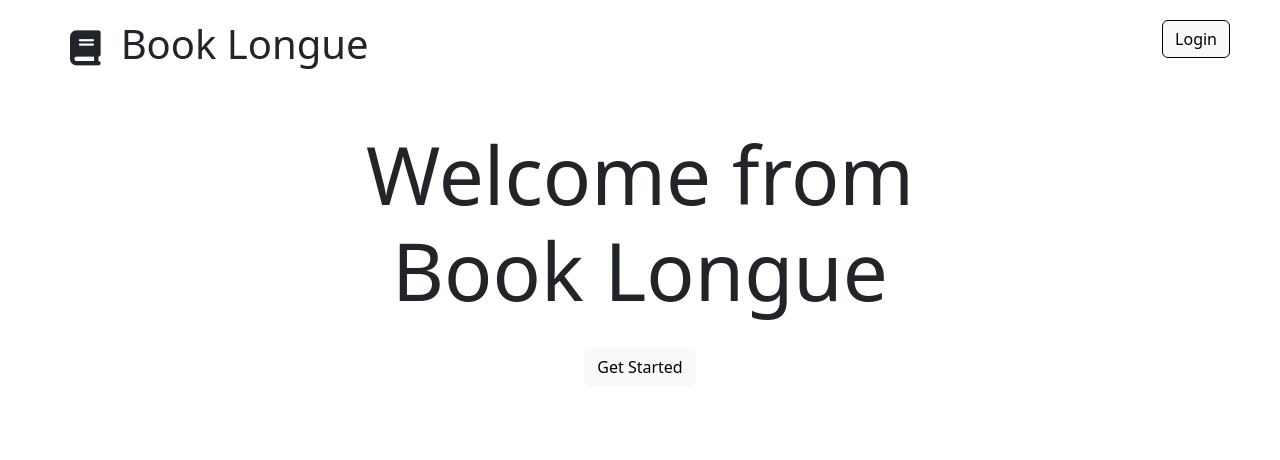
Repository: moehaymanmyint/Book-Longue-Web-System
Page: pages /GetStarted.html
These files come from the project's save history. The page is drawn as it stood at one moment and after the next save; the edit follows.
The browser window is 1280 px wide. The pictures show the whole page.

Above is the page before, as saved 2024-12-21 20:20:57.

### pages /GetStarted.html
<!DOCTYPE html>
<html lang="en">
<head>
    <meta charset="UTF-8">
    <meta name="viewport" content="width=device-width, initial-scale=1.0">
    <title>Book Longue - Get Started</title>
    <link href="https://cdn.jsdelivr.net/npm/bootstrap@5.3.3/dist/css/bootstrap.min.css" rel="stylesheet" integrity="sha384-QWTKZyjpPEjISv5WaRU9OFeRpok6YctnYmDr5pNlyT2bRjXh0JMhjY6hW+ALEwIH" crossorigin="anonymous">
    <script src="https://cdn.jsdelivr.net/npm/bootstrap@5.3.3/dist/js/bootstrap.bundle.min.js" integrity="sha384-YvpcrYf0tY3lHB60NNkmXc5s9fDVZLESaAA55NDzOxhy9GkcIdslK1eN7N6jIeHz" crossorigin="anonymous"></script>
    <link rel="stylesheet" href="../style/GetStarted.css">
    <link rel="stylesheet" href="https://cdnjs.cloudflare.com/ajax/libs/font-awesome/6.7.2/css/all.min.css" integrity="sha512-Evv84Mr4kqVGRNSgIGL/F/aIDqQb7xQ2vcrdIwxfjThSH8CSR7PBEakCr51Ck+w+/U6swU2Im1vVX0SVk9ABhg==" crossorigin="anonymous" referrerpolicy="no-referrer" />
</head>
<body>
    <div class="nav-bar">
        <div class="left">
            <i class="fa-solid fa-book"></i>
            <h1>Book Longue</h1>
        </div>
        <div class="right">
            <button type="button" class="btn btn-light">Login</button>
        </div>
    </div>
    <div class="content">
        <h1>Welcome from <br>Book Longue</h1>
        <button type="button" class="btn btn-light">Get Started</button>
    </div>
</body>
</html>

### style/GetStarted.css
.content{
    display: flex;
    flex-direction: column;
    align-items: center;
}

.left{
    display: flex;
    align-items: center;
}

.left i{
    font-size: 35px;
    margin: 0 20px;
}
.nav-bar{
    display: flex;
    justify-content: space-between;
    margin: 20px 50px;
}

.nav-bar button{
    border: 1px solid black;
}

.content h1{
    font-size: 80px;
    text-align: center;
    line-height: 120%;
    margin: 30px;
}

After the next save:
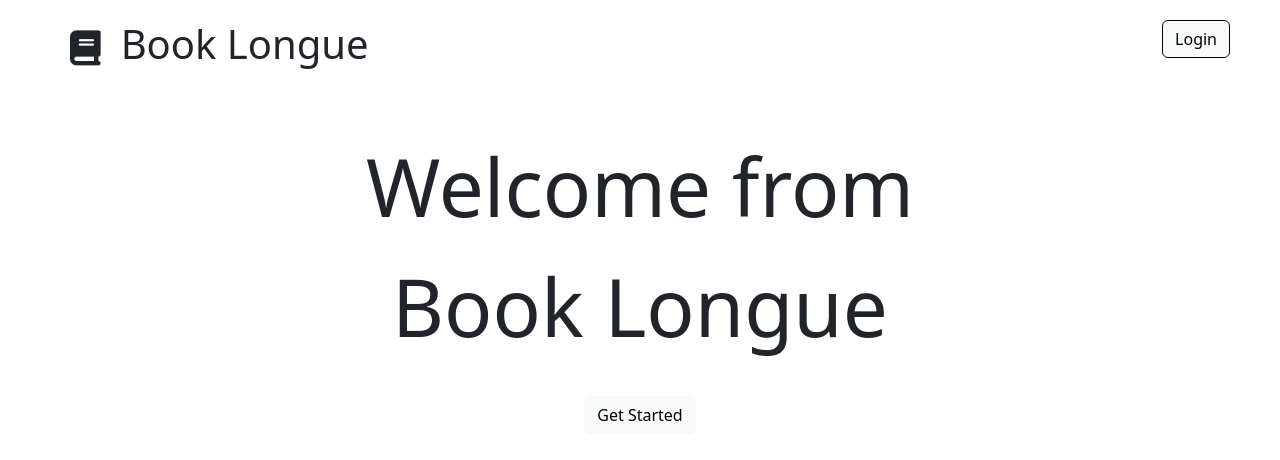
Saved 4 s later.
--- a/style/GetStarted.css
+++ b/style/GetStarted.css
@@ -26,6 +26,6 @@
 .content h1{
     font-size: 80px;
     text-align: center;
-    line-height: 120%;
+    line-height: 150%;
     margin: 30px;
 }
